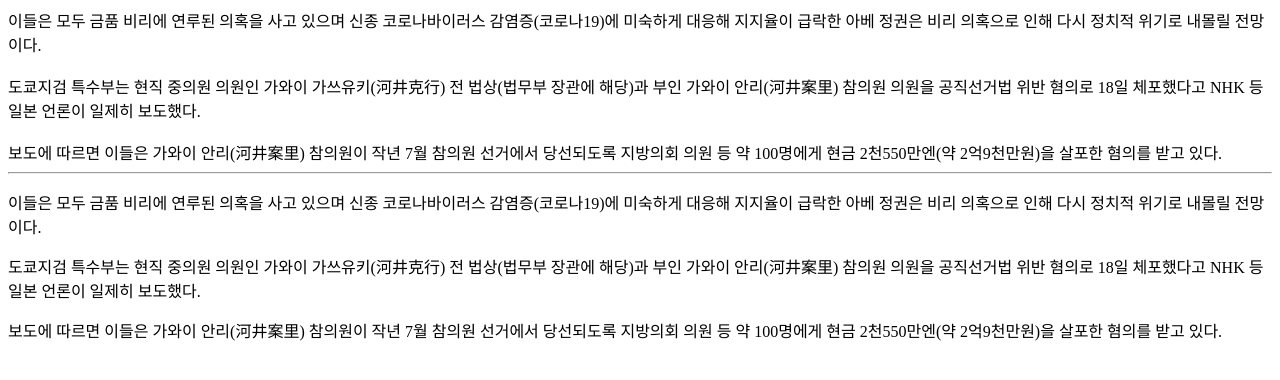
Repository: ssj5037/Class-Study
Page: [5] HTML, CSS, JavaScript/ClientTest/WebContent/Ex06_p.html
The author's editor kept a copy of each file at every save. The page is drawn from the files as they stood at one save, then again after the next save.
The browser window is 1280 px wide. The pictures show the whole page.

Above is the page before, as saved 2020-06-18 08:13:23.

### [5] HTML, CSS, JavaScript/ClientTest/WebContent/Ex06_p.html
<!DOCTYPE html>
<html>
<head>
<meta charset="UTF-8">
<title>Insert title here</title>
</head>
<body>
	<!--

		Ex06_p.html

		<p> 태그
		- 문단 태그
		- 텍스트 집합 생성


	-->


	이들은 모두 금품 비리에 연루된 의혹을 사고 있으며 신종 코로나바이러스 감염증(코로나19)에 미숙하게 대응해
	지지율이 급락한 아베 정권은 비리 의혹으로 인해 다시 정치적 위기로 내몰릴 전망이다.
	<br><br>

	도쿄지검 특수부는 현직 중의원 의원인 가와이 가쓰유키(河井克行) 전 법상(법무부 장관에 해당)과
	부인 가와이 안리(河井案里) 참의원 의원을 공직선거법 위반 혐의로 18일 체포했다고 NHK 등 일본 언론이 일제히 보도했다.
	<br><br>

	보도에 따르면 이들은 가와이 안리(河井案里) 참의원이 작년 7월 참의원 선거에서 당선되도록 지방의회 의원 등
	약 100명에게 현금 2천550만엔(약 2억9천만원)을 살포한 혐의를 받고 있다.

	<hr>

	<p>이들은 모두 금품 비리에 연루된 의혹을 사고 있으며 신종 코로나바이러스 감염증(코로나19)에 미숙하게 대응해
	지지율이 급락한 아베 정권은 비리 의혹으로 인해 다시 정치적 위기로 내몰릴 전망이다.</p>


	<p>도쿄지검 특수부는 현직 중의원 의원인 가와이 가쓰유키(河井克行) 전 법상(법무부 장관에 해당)과
	부인 가와이 안리(河井案里) 참의원 의원을 공직선거법 위반 혐의로 18일 체포했다고 NHK 등 일본 언론이 일제히 보도했다.</p>


	<p>보도에 따르면 이들은 가와이 안리(河井案里) 참의원이 작년 7월 참의원 선거에서 당선되도록 지방의회 의원 등
	약 100명에게 현금 2천550만엔(약 2억9천만원)을 살포한 혐의를 받고 있다.</p>

</body>
</html>

After the next save:
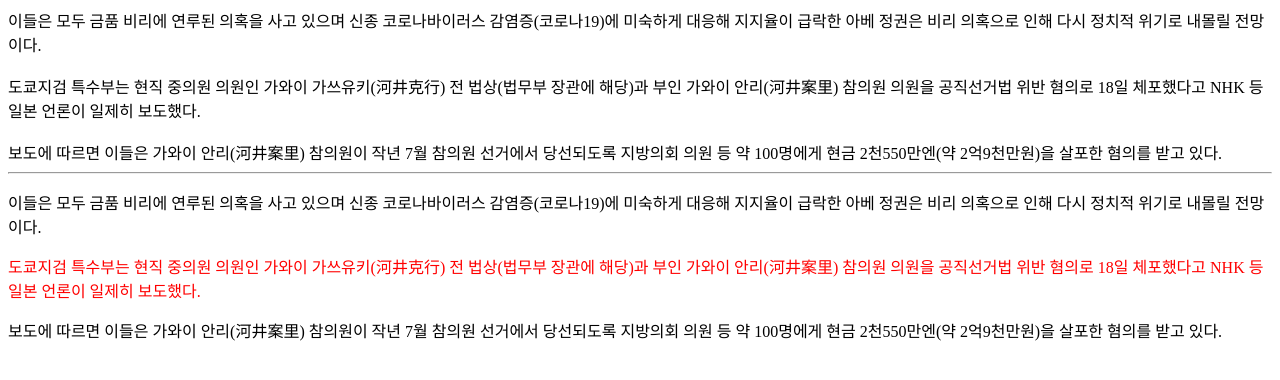
Saved 2 min 23 s later.
--- a/[5] HTML, CSS, JavaScript/ClientTest/WebContent/Ex06_p.html
+++ b/[5] HTML, CSS, JavaScript/ClientTest/WebContent/Ex06_p.html
@@ -34,7 +34,7 @@
 	지지율이 급락한 아베 정권은 비리 의혹으로 인해 다시 정치적 위기로 내몰릴 전망이다.</p>
 
 
-	<p>도쿄지검 특수부는 현직 중의원 의원인 가와이 가쓰유키(河井克行) 전 법상(법무부 장관에 해당)과
+	<p style="color:red;">도쿄지검 특수부는 현직 중의원 의원인 가와이 가쓰유키(河井克行) 전 법상(법무부 장관에 해당)과
 	부인 가와이 안리(河井案里) 참의원 의원을 공직선거법 위반 혐의로 18일 체포했다고 NHK 등 일본 언론이 일제히 보도했다.</p>
 
 
